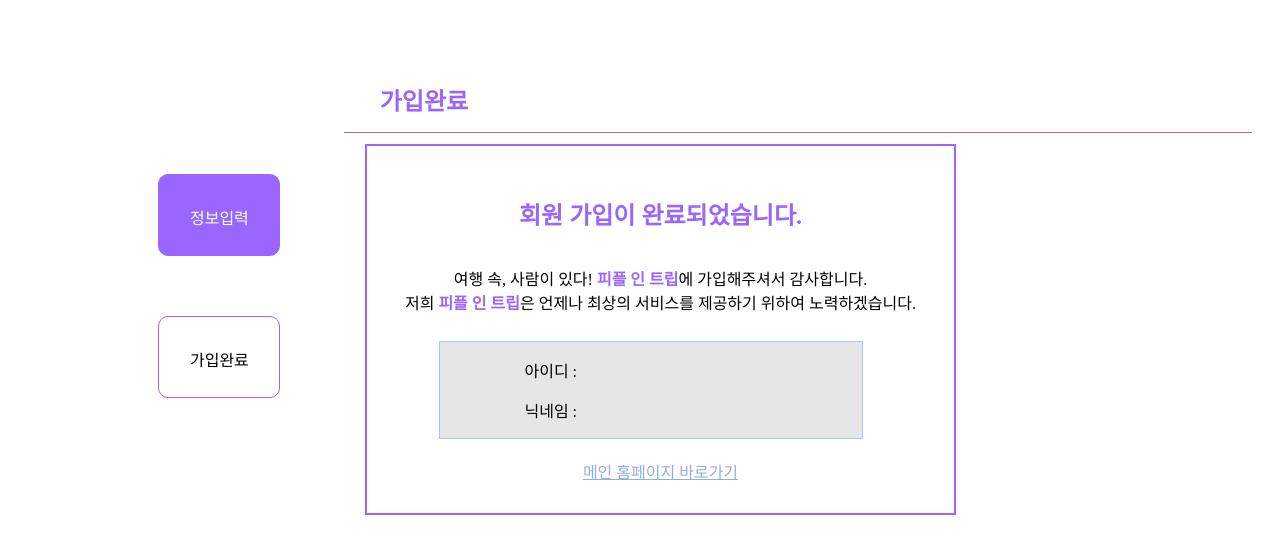
Repository: kimjinmin4535/ezen_loginteam
Page: http://localhost/Ezen_Project/signup/signupcomplete.jsp
The author's editor kept a copy of each file at every save. The page is drawn from the files as they stood at one save, then again after the next save.
The browser window is 1280 px wide. The pictures show the whole page.
The page is served by Tomcat 9. Other server files are loaded and not shown.

Above is the page before, as saved 2022-07-05 16:05:04.

### Ezen_Project/src/main/webapp/signup/signupcomplete.jsp
<%@ page language="java" contentType="text/html; charset=UTF-8"
    pageEncoding="UTF-8"%>
<!DOCTYPE html>
<html>
<head>
<meta charset="UTF-8">
<title>회원가입 완료</title>
<link rel="stylesheet" href="../resources/css/signup/signup.css" />
</head>
<body>
	<div class="side_content">
		<p id="side_content1">정보입력</p>
		<p id="side_content2">가입완료</p>
	</div>
	<h3>가입완료</h3>
	<div class="signupcomplete_msg">
		<h2>회원 가입이 완료되었습니다.</h2>
		<p>여행 속, 사람이 있다! <strong>피플 인 트립</strong>에 가입해주셔서 감사합니다.<br>
		저희 <strong>피플 인 트립</strong>은 언제나 최상의 서비스를 제공하기 위하여 노력하겠습니다.</p>
		<div class="signupcomplete_information">
			<p>아이디 : </p>
			<p>닉네임 : </p>
		</div>
		<div class="main_home">
			<a href="#">메인 홈페이지 바로가기</a>
		</div>
	</div>
</body>
</html>

### Ezen_Project/src/main/webapp/resources/css/signup/signup.css
@charset "UTF-8";

body {
	display: flex;
	align-items: baseline;
	gap: 32px;
	padding: 48px 0;
}
.signupcomplete_msg {
	flex: 3.5;
	padding: 30px;
	text-align: center;
	border: 2px solid #9966ff;
	margin-right: 25%;
	margin-top: 7%;
}

.side_content {
	flex: 1;
	padding: 24px;
	margin-left: 10%;
}


@media (max-width: 40rem) {
.side_content {
    display: none;
  }
}

.signupcomplete_information {
	border: 1px solid #afc4ed;
	width:80%;
	background-color: #E6E6E6;
	margin-left: 8%;
	margin-top: 5%;
}
.signupcomplete_information > p {
	text-align: left;
	margin-left: 20%;
}

h3 {
	text-align: center;
	position: absolute;
	margin-left: 28%;
	margin-top: 2%;
	color: #9966ff;
	font-size: 24px;
}

h3:after {
  	content: "";
 	display: block;
  	width: 650%;
  	border-bottom: 1px solid #9966ff;
  	margin: 10% 0px;
  	padding: 0px 40px 0px 120px;
	margin: 15px -23px 0px -22px;
}


.signupcomplete_msg > h2 {
	color: #9966ff;
}

.signupcomplete_msg > p > strong {
	color: #9966ff;
}

.signupcomplete_msg > p {
	padding-top: 15px;
}

.main_home > a {
	color: #94aee0;
}

.main_home {
	margin-top: 20px;

}

.side_content > #side_content1 {
	border: 1px solid #9966ff;
	background-color: #9966ff;
	color: white;
	height: 50px;
	width: 120px;
	text-align: center;
	border-radius: 10px;
	padding-top: 30px;
	margin-top: 30px;
}
.side_content > #side_content2 {
	border: 1px solid #9966ff;
	color: black;
	height: 50px;
	width: 120px;
	text-align: center;
	border-radius: 10px;
	padding-top: 30px;
	margin-top: 60px;
}
/* .side_content {
	text-align: left;
	width: 100px;
	position: absolute;
	height:0px;
	padding-left: 330px;
	padding-top: 250px;
	flex: 1;
} */
/*

After the next save:
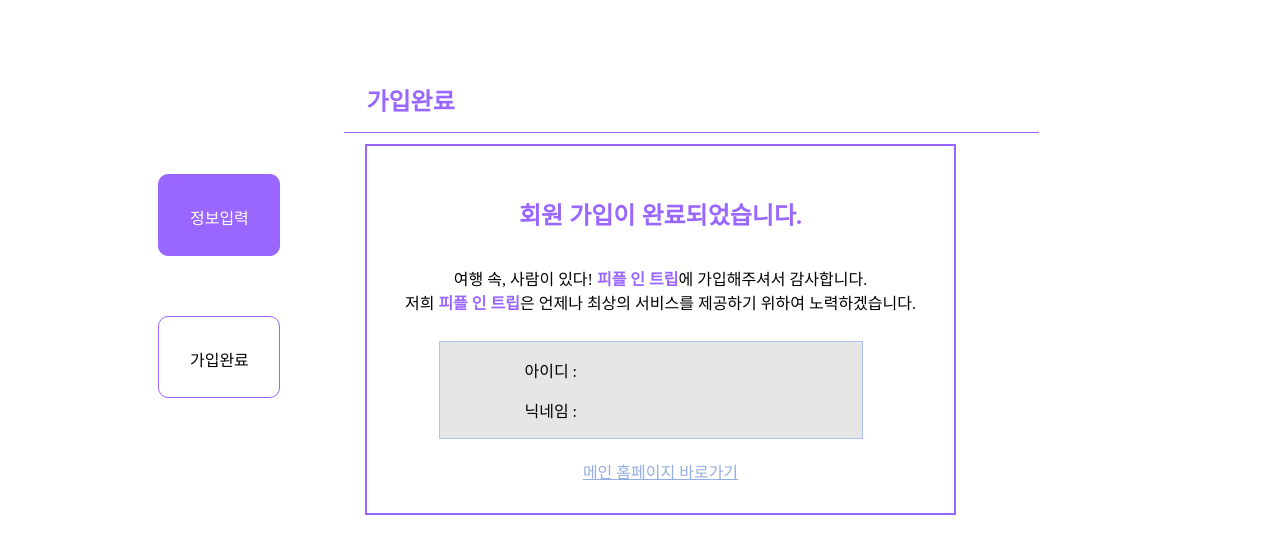
Saved 9 s later.
--- a/Ezen_Project/src/main/webapp/resources/css/signup/signup.css
+++ b/Ezen_Project/src/main/webapp/resources/css/signup/signup.css
@@ -55,7 +55,7 @@
   	width: 650%;
   	border-bottom: 1px solid #9966ff;
   	margin: 10% 0px;
-  	padding: 0px 40px 0px 120px;
+  	padding: 0px 40px 0px 80px;
 	margin: 15px -23px 0px -22px;
 }
 
